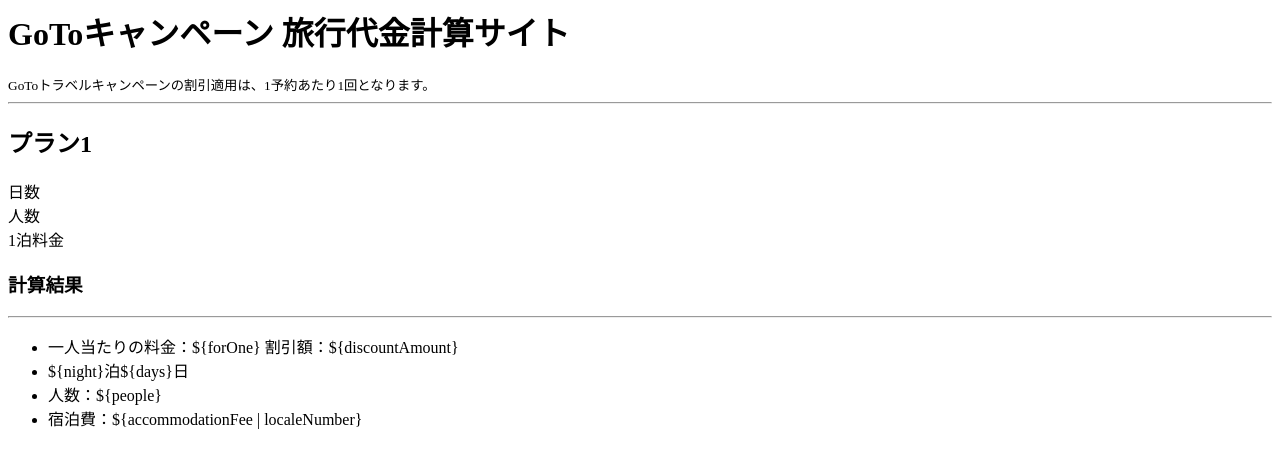
Repository: Ischca/ischca.github.io
Page: src/my-app.html
An editor plug-in stored every save of this project. The page is shown before and after the next save, followed by the edit.
The browser window is 1280 px wide. The pictures show the whole page.

Above is the page before, as saved 2020-10-02 16:40:10.

### src/my-app.html
<div class="container">

    <div class="row">
        <h1 class="text-center">GoToキャンペーン 旅行代金計算サイト</h1>
    </div>

    <div class="text-center">
        <small class="text-danger">
            GoToトラベルキャンペーンの割引適用は、1予約あたり1回となります。
        </small>
    </div>

    <hr />

    <div class="row justify-content-center mb-3">
        <h2 class="col-sm-auto">プラン1</h2>
    </div>

    <div class="row">
        <label for="staticEmail" class="offset-sm-4 col-sm-1 col-form-label font-weight-bold">日数</label>
        <div class="col-sm-2">
            <num-selector num.bind="night" suffix.bind="'泊'"></num-selector>
        </div>

        <div class="col-sm-2">
            <num-selector num.bind="days" suffix.bind="'日'"></num-selector>
        </div>
    </div>

    <div class="row">
        <label for="staticEmail" class="offset-sm-4 col-sm-1 col-form-label font-weight-bold">人数</label>
        <div class="col-sm-2">
            <num-selector num.bind="people" max.bind="100" suffix.bind="'人'"></num-selector>
        </div>
    </div>

    <div class="row">
        <label for="staticEmail" class="offset-sm-4 col-sm-1 col-form-label font-weight-bold">1泊料金</label>
        <div class="col-sm-2">
            <num-selector num.bind="accommodationFee" max.bind="10000000" suffix.bind="'円'"></num-selector>
        </div>
    </div>

    <!-- <div class="row">
        <label for="staticEmail" class="offset-sm-4 col-sm-1 col-form-label font-weight-bold">交通費</label>
        <div class="col-sm-2">
            <num-selector num.bind="transportFee" max.bind="10000000" suffix.bind="'円'"></num-selector>
        </div>
    </div> -->

    <h3 class="text-center mt-3">計算結果</h3>
    <hr/>

    <div id="result" class="text-center">
        <ul class="list-group list-group-flush">
            <li class="list-group-item">
                一人当たりの料金：${forOne}
                割引額：${discountAmount}
            </li>
            <li class="list-group-item">
                ${night}泊${days}日
            </li>
            <li class="list-group-item">
                人数：${people}
            </li>
            <li class="list-group-item">
                宿泊費：${accommodationFee | localeNumber}
            </li>
            <!-- <li class="list-group-item">
                交通費：${transportFee | localeNumber}
            </li> -->
        </ul>
    </div>
</div>

After the next save:
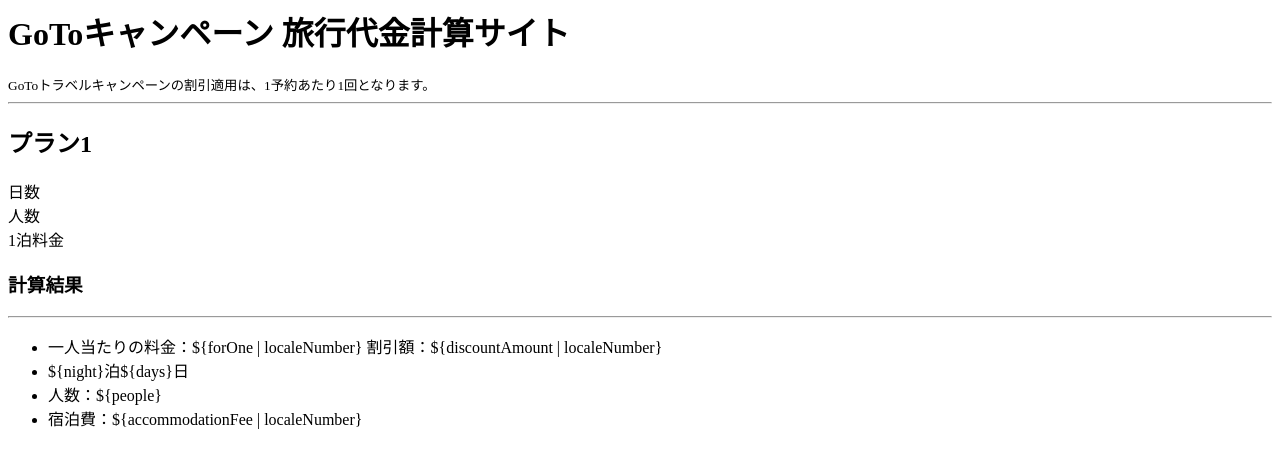
Saved 2 min 24 s later.
--- a/src/my-app.html
+++ b/src/my-app.html
@@ -54,8 +54,8 @@
     <div id="result" class="text-center">
         <ul class="list-group list-group-flush">
             <li class="list-group-item">
-                一人当たりの料金：${forOne}
-                割引額：${discountAmount}
+                一人当たりの料金：${forOne | localeNumber}
+                割引額：${discountAmount | localeNumber}
             </li>
             <li class="list-group-item">
                 ${night}泊${days}日
